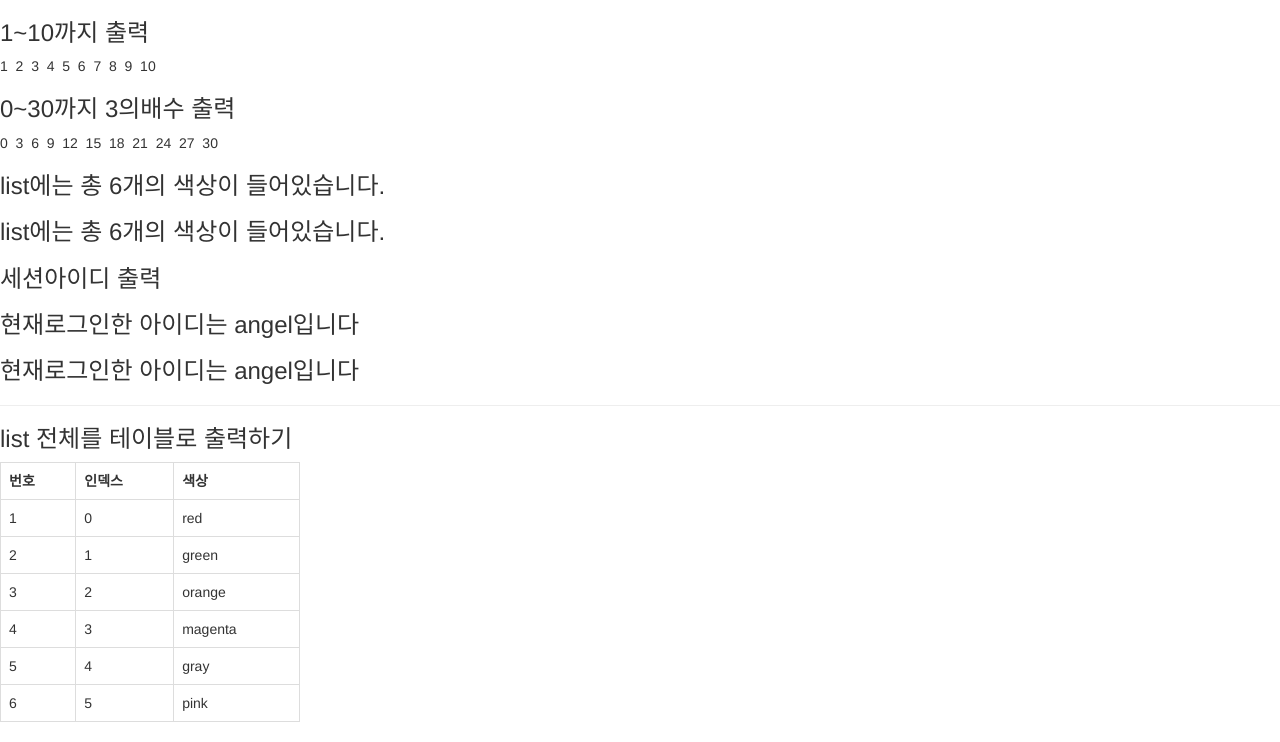
Repository: jungbee2/jungproject
Page: http://localhost/JstlProject/day0330/ex5_foreach.jsp
These files come from the project's save history. The page is drawn as it stood at one moment and after the next save; the edit follows.
The browser window is 1280 px wide. The pictures show the whole page.
Some web fonts or font styles are not loaded; a fallback is used. The page is served by Tomcat 9. Other server files are loaded and not shown.

Above is the page before, as saved 2023-03-30 02:33:44.

### JstlProject/src/main/webapp/day0330/ex5_foreach.jsp
<%@page import="java.util.List"%>
<%@page import="java.util.ArrayList"%>
<%@ page language="java" contentType="text/html; charset=utf-8"
	pageEncoding="utf-8"%>
<%@ taglib uri="http://java.sun.com/jsp/jstl/core" prefix="c"%>
<%@ taglib uri="http://java.sun.com/jsp/jstl/fmt" prefix="fmt"%>
<!DOCTYPE html>
<html>
<head>
<meta charset="utf-8">
<title>Insert title here</title>

<link
	href="https://fonts.googleapis.com/css2?family=Anton&family=Edu+VIC+WA+NT+Beginner:wght@600&family=Gamja+Flower&family=Single+Day&family=Jua&family=Nanum+Pen+Script&display=swap"
	rel="stylesheet">
<link rel="stylesheet"
	href="https://maxcdn.bootstrapcdn.com/bootstrap/3.4.1/css/bootstrap.min.css">
<script src="https://code.jquery.com/jquery-3.6.3.js"></script>

</head>

<body>
<%
	List<String> list=new ArrayList<>();

	list.add("red");
	list.add("green");
	list.add("orange");
	list.add("magenta");
	list.add("gray");
	list.add("pink");

	request.setAttribute("list", list);
	request.setAttribute("total", list.size());

	//세션에 저장
	session.setAttribute("id", "angel");

%>

<h3>1~10까지 출력</h3>
<c:forEach var="a" begin="1" end="10">
	${a }&nbsp;
</c:forEach>

<h3>0~30까지 3의배수 출력</h3>
<c:forEach var="a" begin="0" end="30" step="3">
	${a }&nbsp;
</c:forEach>

<!-- requestScope 생략가능 -->
<h3>list에는 총 ${requestScope.total }개의 색상이 들어있습니다.</h3>
<h3>list에는 총 ${total }개의 색상이 들어있습니다.</h3>

<!-- sessionScope는 생략하지 않는다 -->
<h3>세션아이디 출력</h3>
<h3>현재로그인한 아이디는 ${sessionScope.id }입니다</h3>
<h3>현재로그인한 아이디는 ${id }입니다</h3>

<hr>
<h3>list 전체를 테이블로 출력하기</h3>
<table class="table table-bordered" style="width:300px;">
<tr>
<th>번호</th>
<th>인덱스</th>
<th>색상</th>
</tr>

<c:forEach  var="s" items="${list }" varStatus="i">
<tr>
<td>${i.count }</td><!-- 무조건 1부터 출력 -->
<td>${i.index }</td><!-- 실제list의 index값이 출력 -->
<td>${s }</td>
</tr>
</c:forEach>
</table>
</body>
</html>

After the next save:
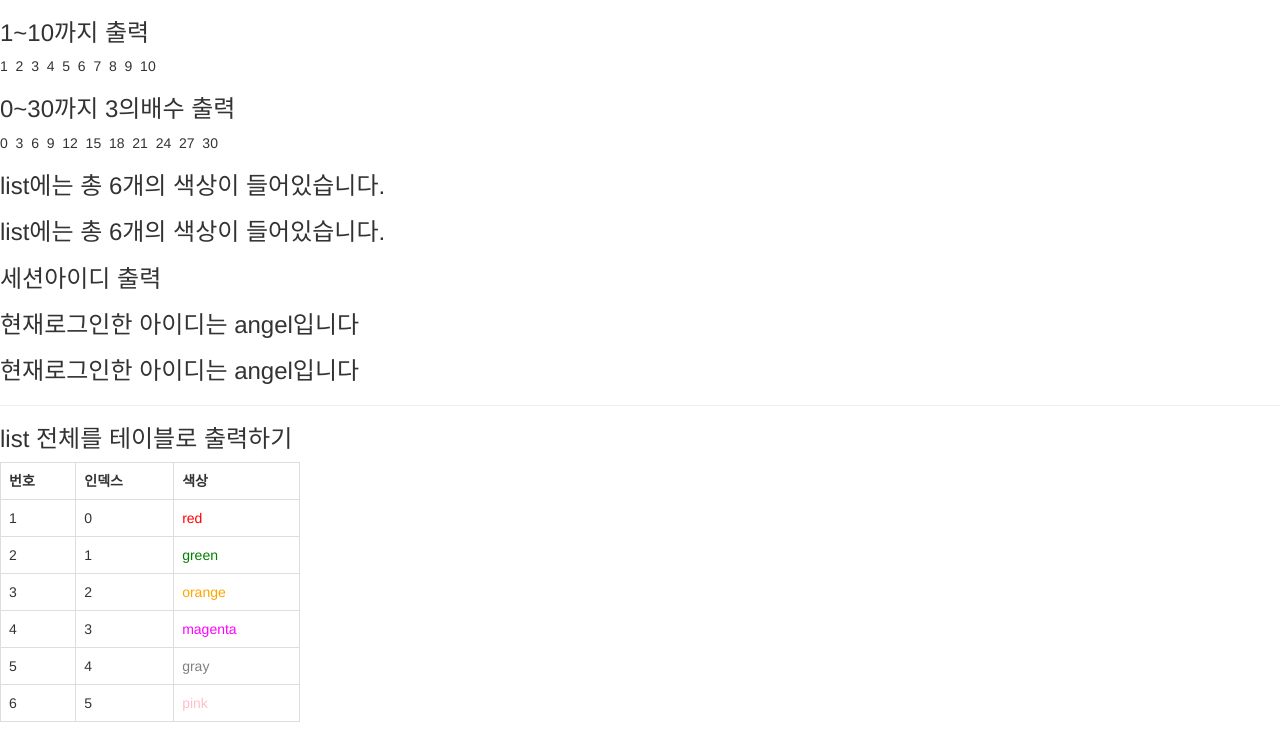
Saved 18 s later.
--- a/JstlProject/src/main/webapp/day0330/ex5_foreach.jsp
+++ b/JstlProject/src/main/webapp/day0330/ex5_foreach.jsp
@@ -70,7 +70,7 @@
 <tr>
 <td>${i.count }</td><!-- 무조건 1부터 출력 -->
 <td>${i.index }</td><!-- 실제list의 index값이 출력 -->
-<td>${s }</td>
+<td style="color:${s}">${s }</td>
 </tr>
 </c:forEach>
 </table>
